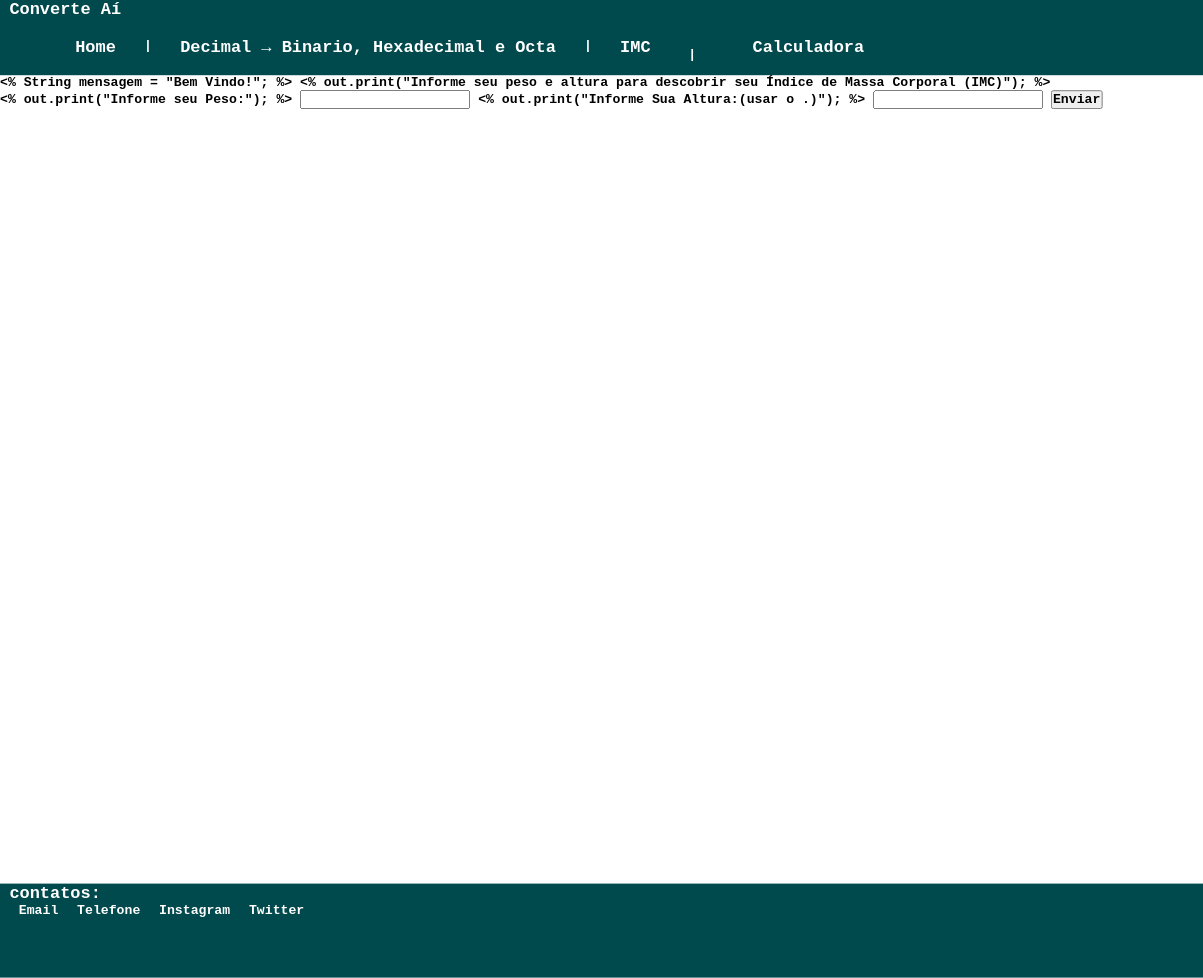
Repository: Frav1u/converteai
Page: ConverteAi/src/main/webapp/imc.html
These files come from the project's save history. The page is drawn as it stood at one moment and after the next save; the edit follows.
The browser window is 1280 px wide. The pictures show the whole page, at 94% of full size.
Some web fonts or font styles are not loaded; a fallback is used.

Above is the page before, as saved 2023-09-30 23:14:24.

After the next save:
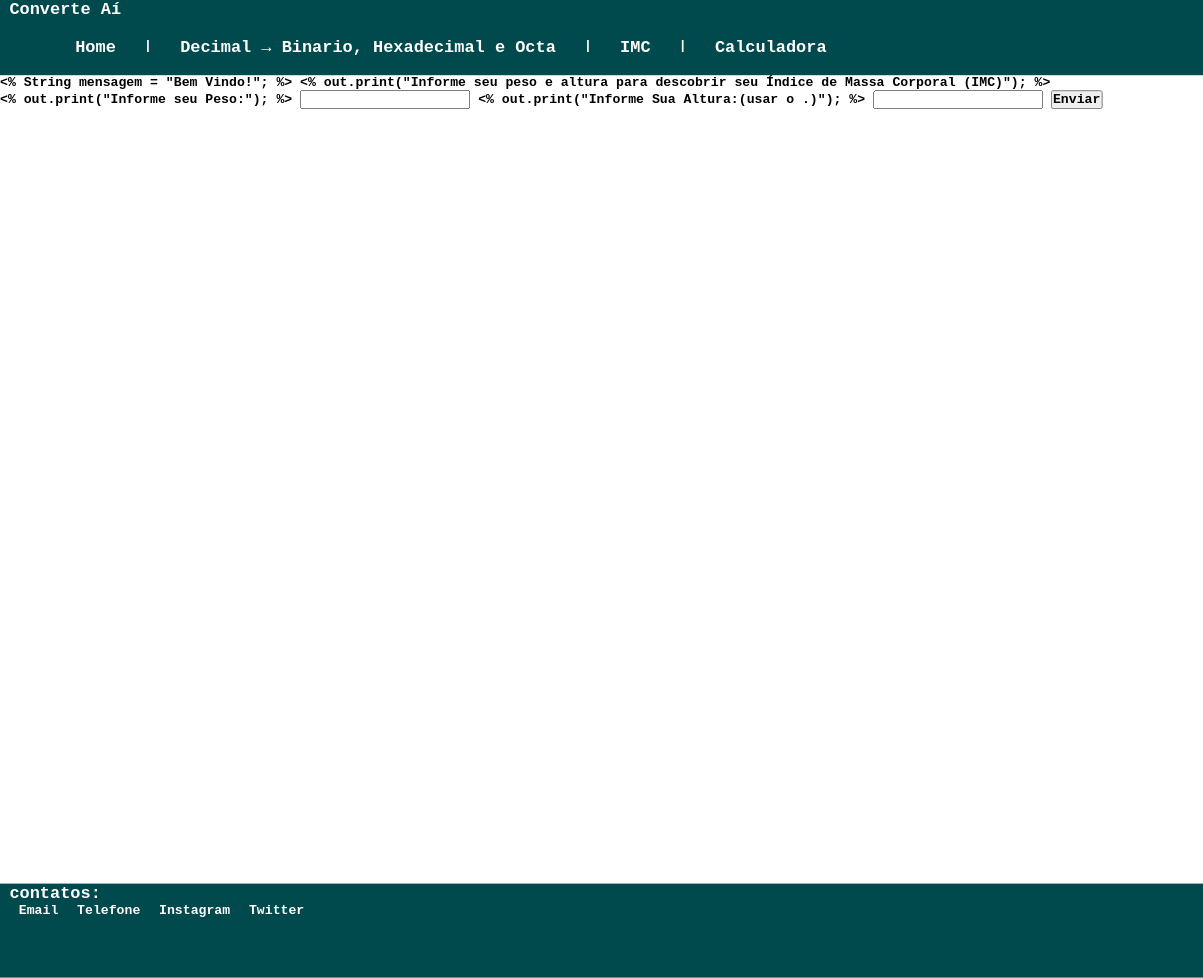
Saved 64 s later.
--- a/ConverteAi/src/main/webapp/imc.html
+++ b/ConverteAi/src/main/webapp/imc.html
@@ -16,7 +16,7 @@
 				<li>  |  </li>
 				<li><a href="decimalParaBinario.html">Decimal → Binario, Hexadecimal e Octa</a></li>
 				<li>  |  </li>
-				<li><a href="imc.html">IMC</></li>
+				<li><a href="imc.html">IMC</a></li>
 				<li>  |  </li>
 				<li><a href="calculadora.html">Calculadora</a></li>
 			</ul>
